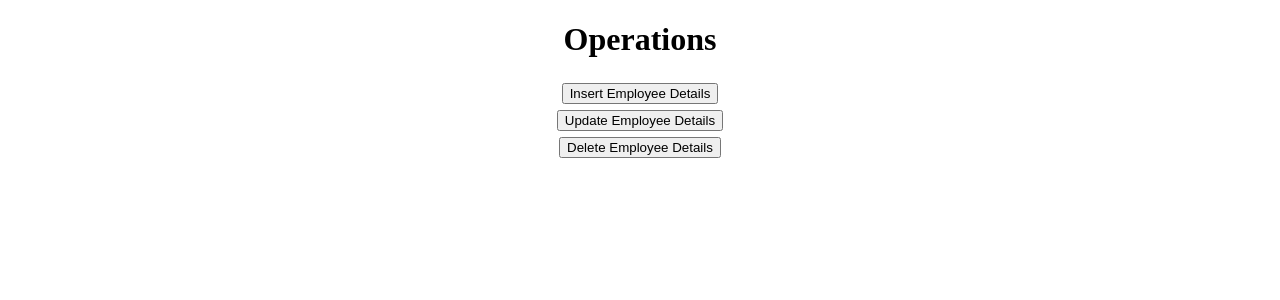
Repository: mounikagunda/corejavaproject
Page: project2/WebContent/index.html
An editor plug-in stored every save of this project. The page is shown before and after the next save, followed by the edit.
The browser window is 1280 px wide. The pictures show the whole page.

Above is the page before, as saved 2016-12-16 04:09:07.

After the next save:
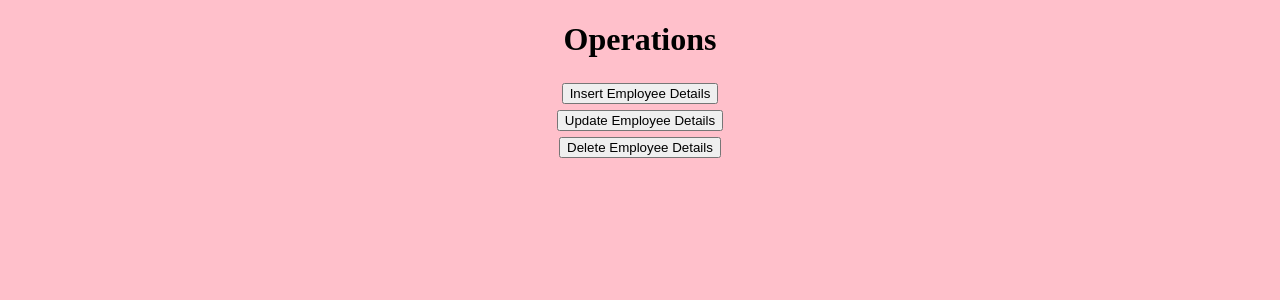
Saved 17 s later.
--- a/project2/WebContent/index.html
+++ b/project2/WebContent/index.html
@@ -4,7 +4,7 @@
 <meta charset="ISO-8859-1">
 <title></title>
 </head>
-<body style="background-color:White">
+<body style="background-color:Pink">
 <h1 align="center">Operations</h1>
 <form action="insert.html" method="post">
 <table align="center">

After the save that followed:
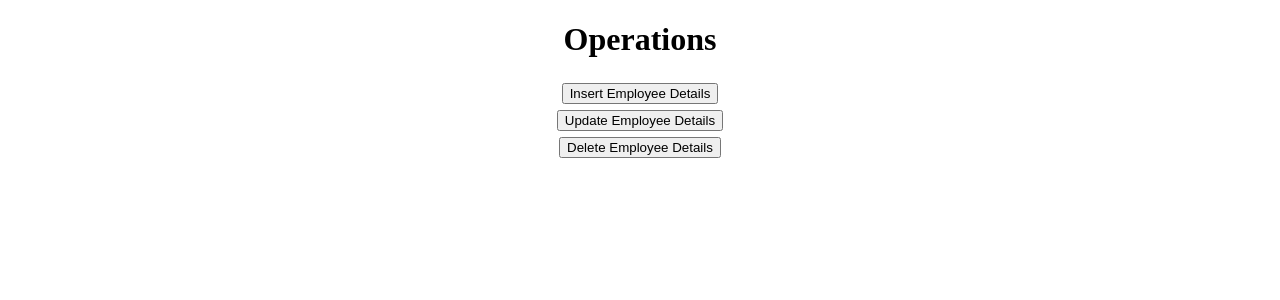
Saved 21 s later.
--- a/project2/WebContent/index.html
+++ b/project2/WebContent/index.html
@@ -4,7 +4,7 @@
 <meta charset="ISO-8859-1">
 <title></title>
 </head>
-<body style="background-color:Pink">
+<body style="background-color:White">
 <h1 align="center">Operations</h1>
 <form action="insert.html" method="post">
 <table align="center">
